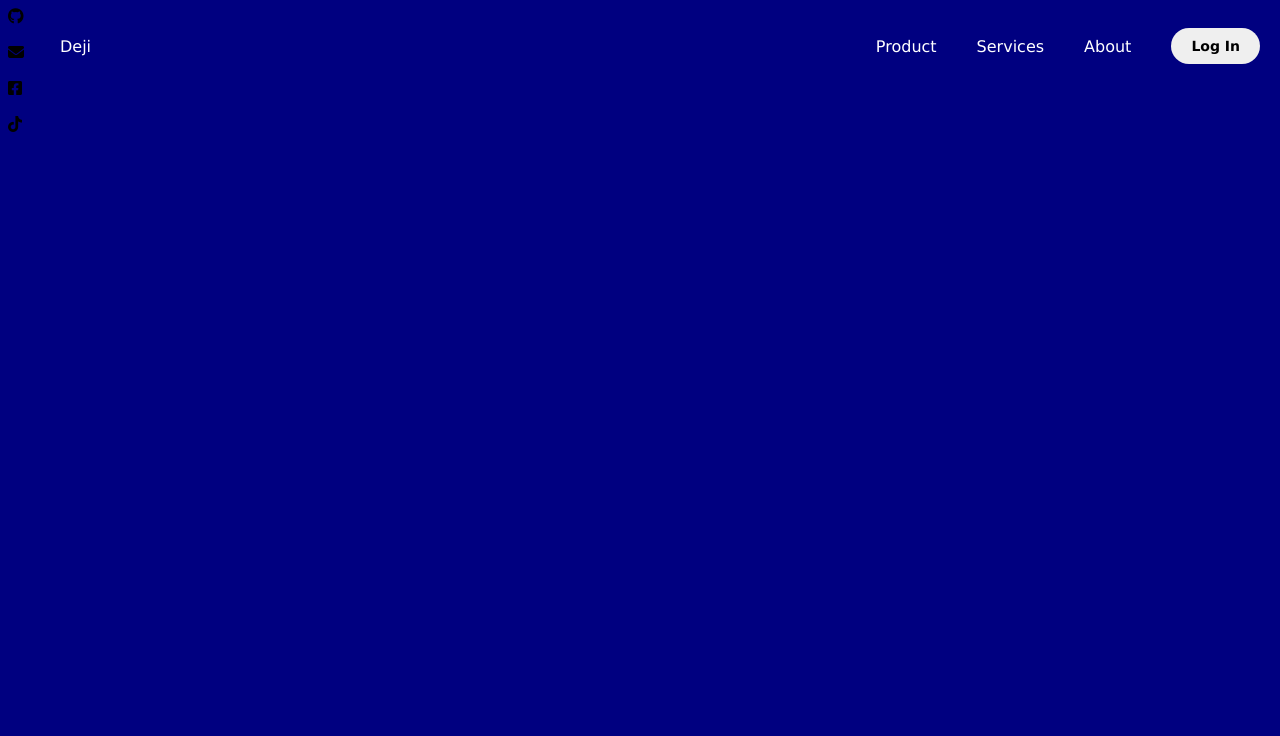
Repository: imokha01/Flexbox-and-Position-Example
Page: index.html
The author's editor kept a copy of each file at every save. The page is drawn from the files as they stood at one save, then again after the next save.
The browser window is 1280 px wide. The pictures show the whole page.

Above is the page before, as saved 2023-11-21 16:49:51.

### index.html
<!DOCTYPE html>
<html lang="en">
  <head>
    <meta charset="UTF-8" />
    <meta name="viewport" content="width=device-width, initial-scale=1.0" />
    <title>Document</title>
    <link rel="stylesheet" href="./index.css" />
    <link
      rel="stylesheet"
      href="https://cdnjs.cloudflare.com/ajax/libs/font-awesome/6.4.2/css/all.min.css"
      integrity="sha512-z3gLpd7yknf1YoNbCzqRKc4qyor8gaKU1qmn+CShxbuBusANI9QpRohGBreCFkKxLhei6S9CQXFEbbKuqLg0DA=="
      crossorigin="anonymous"
      referrerpolicy="no-referrer"
    />
  </head>
  <body>
    <nav>
      <div id="logo">Deji</div>
      <div class="right">
        <div class="link_container">
          <a href="">Product</a>
          <a href="">Services</a>
          <a href="">About</a>
        </div>
        <button>Log In</button>
      </div>
    </nav>
    <main>
      <aside>
        <i class="fa-brands fa-github"></i>
        <i class="fa-solid fa-envelope"></i>
        <i class="fa-brands fa-square-facebook"></i>
        <i class="fa-brands fa-tiktok"></i>
        <i class="fa-brands fa-x-twitter"></i>
      </aside>
    </main>
  </body>
</html>

### index.css
body {
    background-color: navy;
    position: relative;
}
nav {
    display: flex;
    justify-content: space-between;
    margin-left: 40px;
    margin-right: 4opx;
    margin-top: 20px;
    font-family: Verdana, Geneva, Tahoma, sans-serif;
    color: white;
    left: 20px;
    right: 20px;
    position: fixed;
    align-items: center;
}

.right {
    display: flex;
    gap: 40px;
    color: white;
    align-items: center;
}
a {
    color: white;
    text-decoration: none;
}

.link_container {
    display: flex;
    gap: 40px;
}

button {

    font-size: 14px;
    text-align: center;
    padding: 10px 20px;
    border-radius: 20px;
    cursor: pointer;
    font-weight: 600;
    border: none;
    font-family: Verdana, Geneva, Tahoma, sans-serif;
}

button:hover {
    background-color: aquamarine;

}

main {
    display: flex;
    flex-direction: column;
    position: relative;
    height: 100vh;


}

aside {
    display: flex;
    flex-direction: column;
    gap: 20px;
    position: absolute;
}

After the next save:
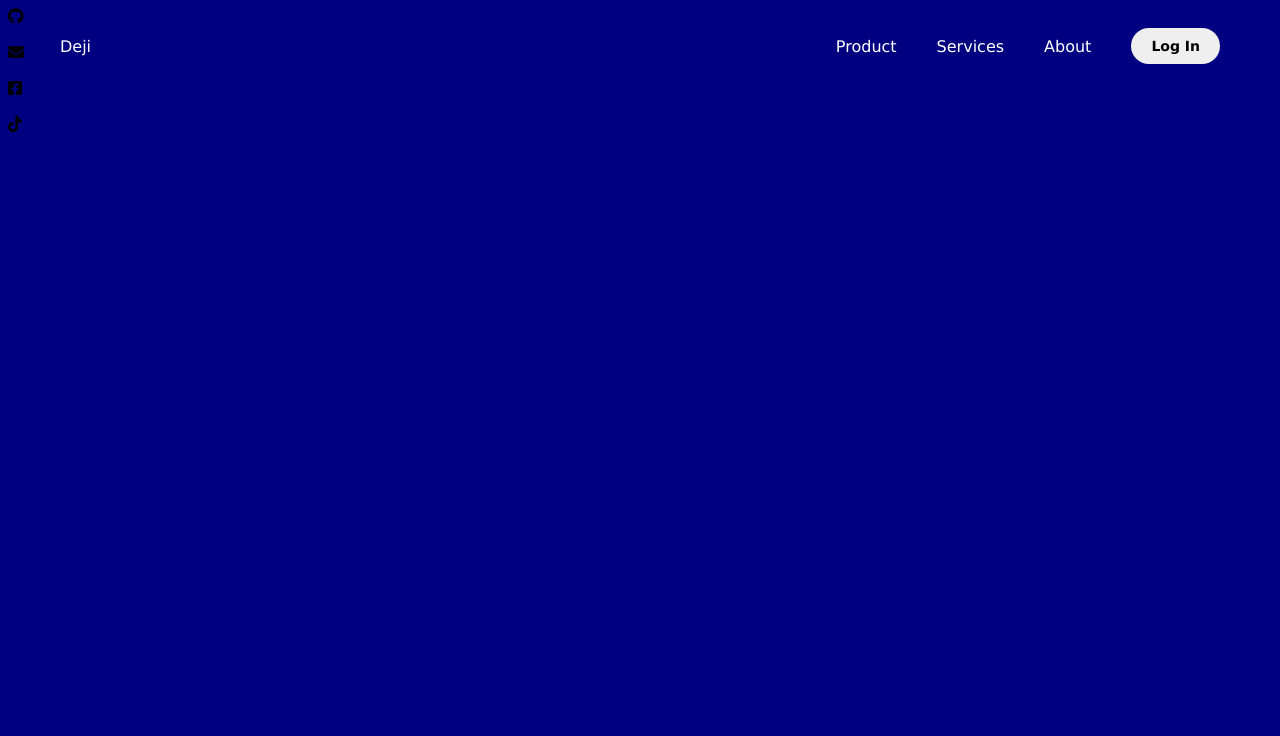
Saved 36 s later.
--- a/index.css
+++ b/index.css
@@ -6,7 +6,7 @@
     display: flex;
     justify-content: space-between;
     margin-left: 40px;
-    margin-right: 4opx;
+    margin-right: 40px;
     margin-top: 20px;
     font-family: Verdana, Geneva, Tahoma, sans-serif;
     color: white;
